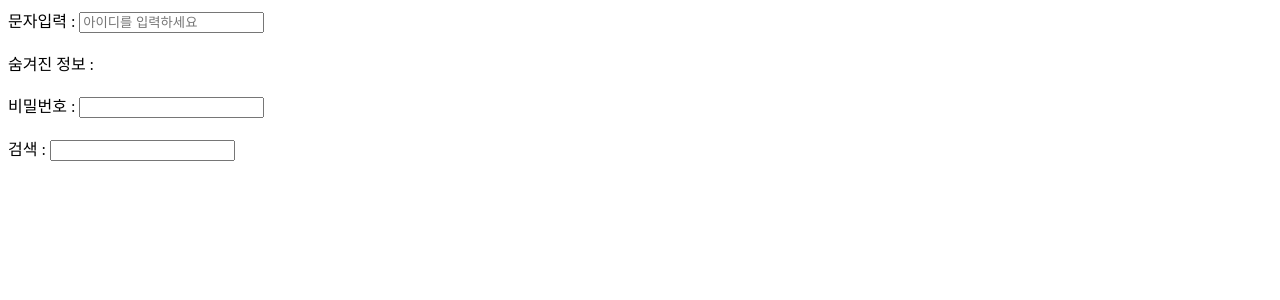
Repository: jaehyeon0418/workspace123
Page: w1025/src/webapp/w1025_07.html
The author's editor kept a copy of each file at every save. The page is drawn from the files as they stood at one save, then again after the next save.
The browser window is 1280 px wide. The pictures show the whole page.

Above is the page before, as saved 2022-10-25 03:11:09.

After the next save:
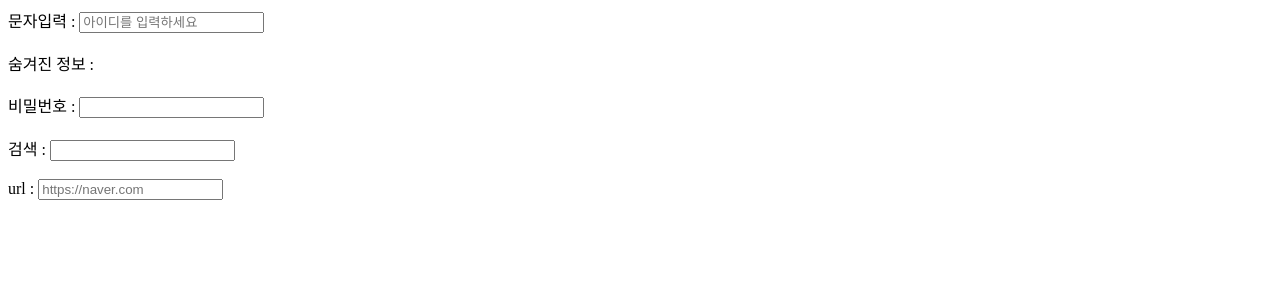
Saved 76 s later.
--- a/w1025/src/webapp/w1025_07.html
+++ b/w1025/src/webapp/w1025_07.html
@@ -16,6 +16,9 @@
 비밀번호 : <input type = "password" name="pwd"> <br><br>
 
 
-검색 : <input type = :"search" name="search"> <br><br>
+검색 : <input type = "search" name="search"> <br><br>
+url : <input type = "url" placeholder="https://naver.com">
+
+
 </body>
 </html>
